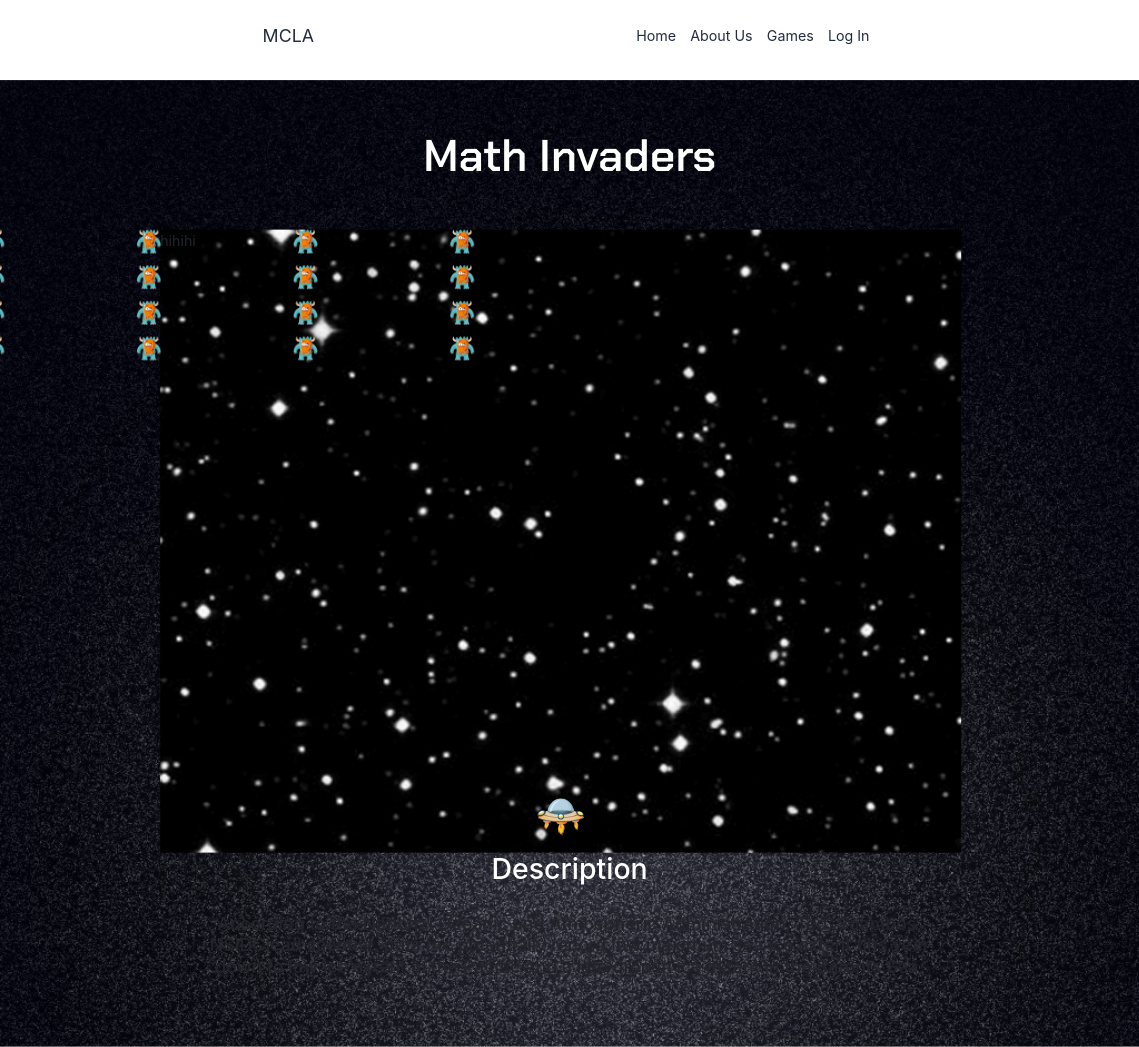
Repository: kkyler24/MathInvader
Page: index.html
The author's editor kept a copy of each file at every save. The page is drawn from the files as they stood at one save, then again after the next save.
The browser window is 1280 px wide. The pictures show the whole page, at 89% of full size.
Some web libraries are served in a nearby version.

Above is the page before, as saved 2020-07-20 18:11:53.

After the next save:
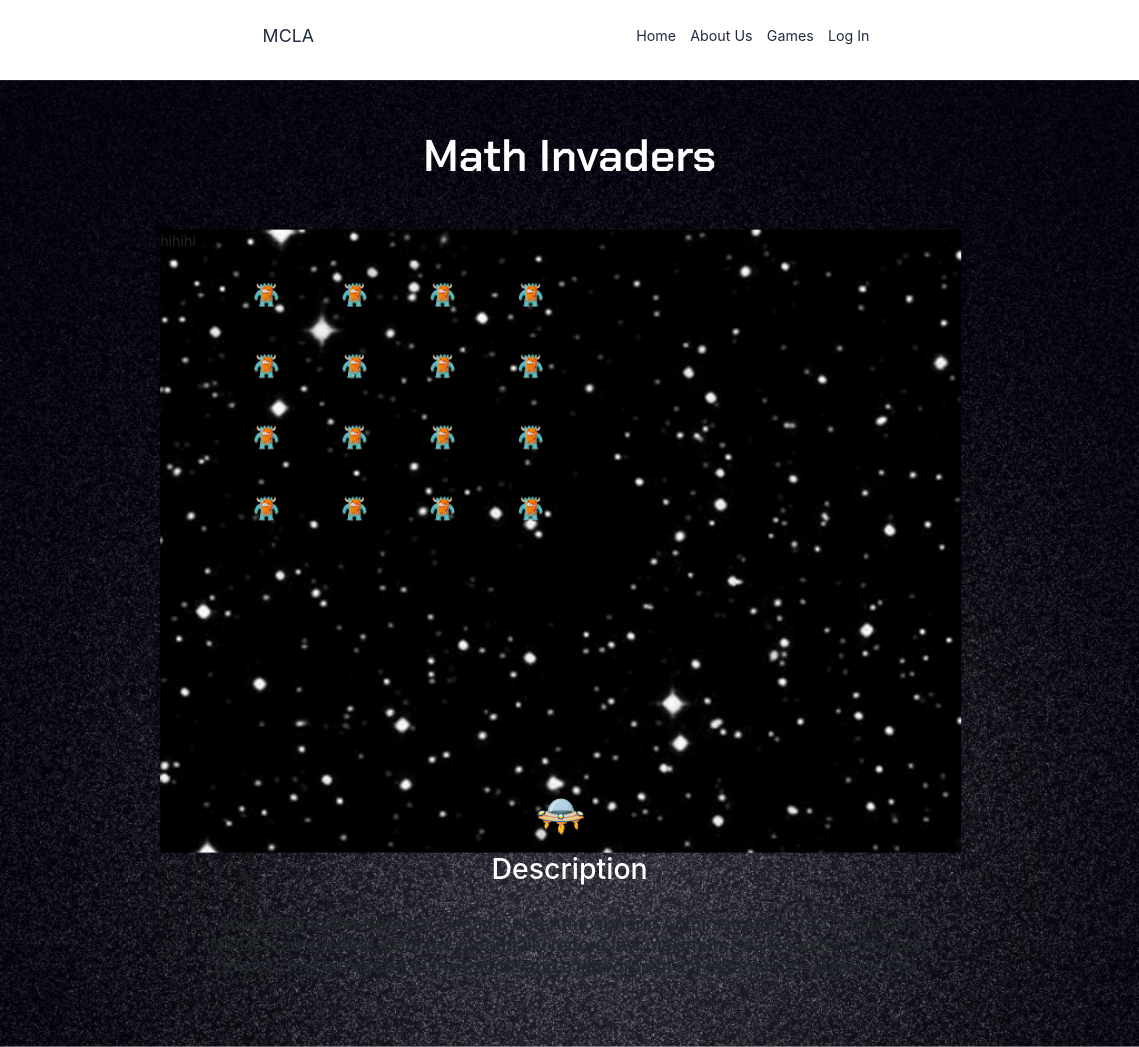
Saved 2 min 41 s later.
--- a/jsFolder/game.js
+++ b/jsFolder/game.js
@@ -14,9 +14,9 @@ const LASER_COOLDOWN = 0.5;
 
 const TOKENS_PER_ROW = 10;
 const ENEMIES_PER_ROW = 4;
-const ENEMY_HORIZONTAL_PADDING = 300;
-const ENEMY_VERTICAL_PADDING = 10;
-const ENEMY_VERTICAL_SPACING = 40;
+const ENEMY_HORIZONTAL_PADDING = 80;
+const ENEMY_VERTICAL_PADDING = 70;
+const ENEMY_VERTICAL_SPACING = 80;
 const ENEMY_COOLDOWN = 5.0;
 // contains entire state of game which included position of player, lasers and enemies on screen.
 const tokensArray = [
